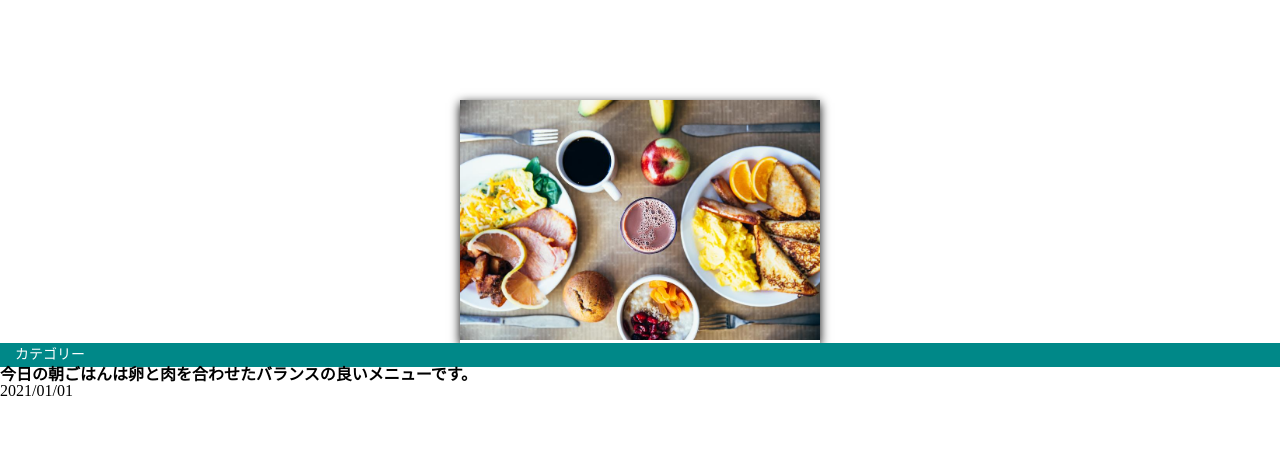
Repository: yosuke257/20231104_watanabe_css
Page: coachtech/html-css/index.html
These files come from the project's save history. The page is drawn as it stood at one moment and after the next save; the edit follows.
The browser window is 1280 px wide. The pictures show the whole page.

Above is the page before, as saved 2023-10-23 00:13:57.

### coachtech/html-css/index.html
<!DOCTYPE html>
<html lang="ja">

<head>
    <meta charset="UTF-8">
    <meta name="viewport" content="width=device-width, initial-scale=1.0">
    <title>Document</title>
    <link rel="stylesheet" href="css/style.css" />
    <link rel="stylesheet" href="css/reset.css" />
</head>

<body>
    <div class="card">
        <div class="card__img">
            <img src="img/card.jpg" alt="">
        </div>
    </div>

    <div class="card__content">
        <div class="card__content-cat">カテゴリー</div>
        <h2 class="card__content-ttl">
            今日の朝ごはんは卵と肉を合わせたバランスの良いメニューです。
        </h2>
        <div class="card__content-tag">
            <p class="card__content-tag-item"></p>
            <p class="card__content-tag-item card__content-tag-item--last">2021/01/01</p>
        </div>
    </div>

</body>

</html>

### coachtech/html-css/css/style.css
.card {
    width: 360px;
    margin: 100px auto 0;
    box-shadow: 0px 3px 10px rgba(0, 0, 0, 2);
}

.card__img img {
    width: 100%;
}

.card__content-cat {
    font-size: 14px;
    background-color: #008888;
    color: #fff;
    padding: 5px 15px;
}

### coachtech/html-css/css/reset.css
 /*
html5doctor.com Reset Stylesheet
v1.6.1
Last Updated: 2010-09-17
Author: Richard Clark - http://richclarkdesign.com
Twitter: @rich_clark
*/

 html,
 body,
 div,
 span,
 object,
 iframe,
 h1,
 h2,
 h3,
 h4,
 h5,
 h6,
 p,
 blockquote,
 pre,
 abbr,
 address,
 cite,
 code,
 del,
 dfn,
 em,
 img,
 ins,
 kbd,
 q,
 samp,
 small,
 strong,
 sub,
 sup,
 var,
 b,
 i,
 dl,
 dt,
 dd,
 ol,
 ul,
 li,
 fieldset,
 form,
 label,
 legend,
 table,
 caption,
 tbody,
 tfoot,
 thead,
 tr,
 th,
 td,
 article,
 aside,
 canvas,
 details,
 figcaption,
 figure,
 footer,
 header,
 hgroup,
 menu,
 nav,
 section,
 summary,
 time,
 mark,
 audio,
 video {
     margin: 0;
     padding: 0;
     border: 0;
     outline: 0;
     font-size: 100%;
     vertical-align: baseline;
     background: transparent;
 }

 body {
     line-height: 1;
 }

 article,
 aside,
 details,
 figcaption,
 figure,
 footer,
 header,
 hgroup,
 menu,
 nav,
 section {
     display: block;
 }

 nav ul {
     list-style: none;
 }

 blockquote,
 q {
     quotes: none;
 }

 blockquote:before,
 blockquote:after,
 q:before,
 q:after {
     content: '';
     content: none;
 }

 a {
     margin: 0;
     padding: 0;
     font-size: 100%;
     vertical-align: baseline;
     background: transparent;
 }

 /* change colours to suit your needs */
 ins {
     background-color: #ff9;
     color: #000;
     text-decoration: none;
 }

 /* change colours to suit your needs */
 mark {
     background-color: #ff9;
     color: #000;
     font-style: italic;
     font-weight: bold;
 }

 del {
     text-decoration: line-through;
 }

 abbr[title],
 dfn[title] {
     border-bottom: 1px dotted;
     cursor: help;
 }

 table {
     border-collapse: collapse;
     border-spacing: 0;
 }

 /* change border colour to suit your needs */
 hr {
     display: block;
     height: 1px;
     border: 0;
     border-top: 1px solid #cccccc;
     margin: 1em 0;
     padding: 0;
 }

 input,
 select {
     vertical-align: middle;
 }

After the next save:
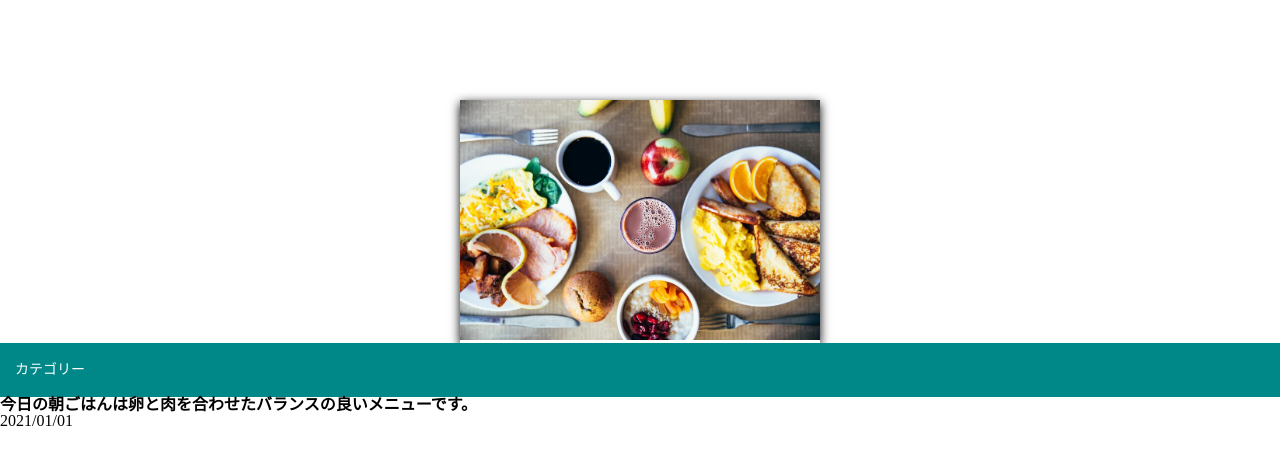
Saved 31 s later.
--- a/coachtech/html-css/css/style.css
+++ b/coachtech/html-css/css/style.css
@@ -12,5 +12,5 @@
     font-size: 14px;
     background-color: #008888;
     color: #fff;
-    padding: 5px 15px;
+    padding: 20px 15px;
 }

After the save that followed:
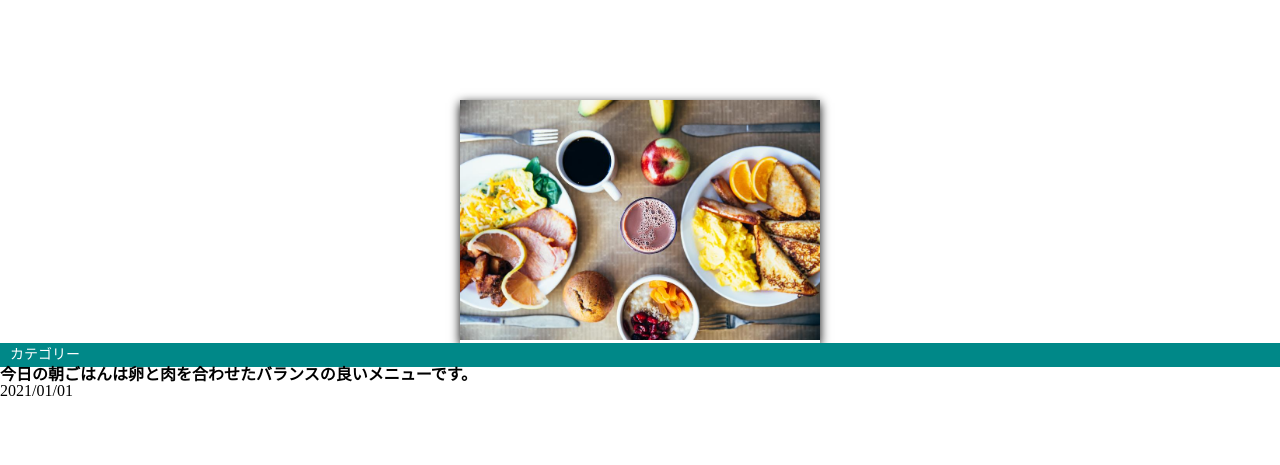
Saved 48 s later.
--- a/coachtech/html-css/css/style.css
+++ b/coachtech/html-css/css/style.css
@@ -12,5 +12,5 @@
     font-size: 14px;
     background-color: #008888;
     color: #fff;
-    padding: 20px 15px;
+    padding: 5px 10px;
 }
